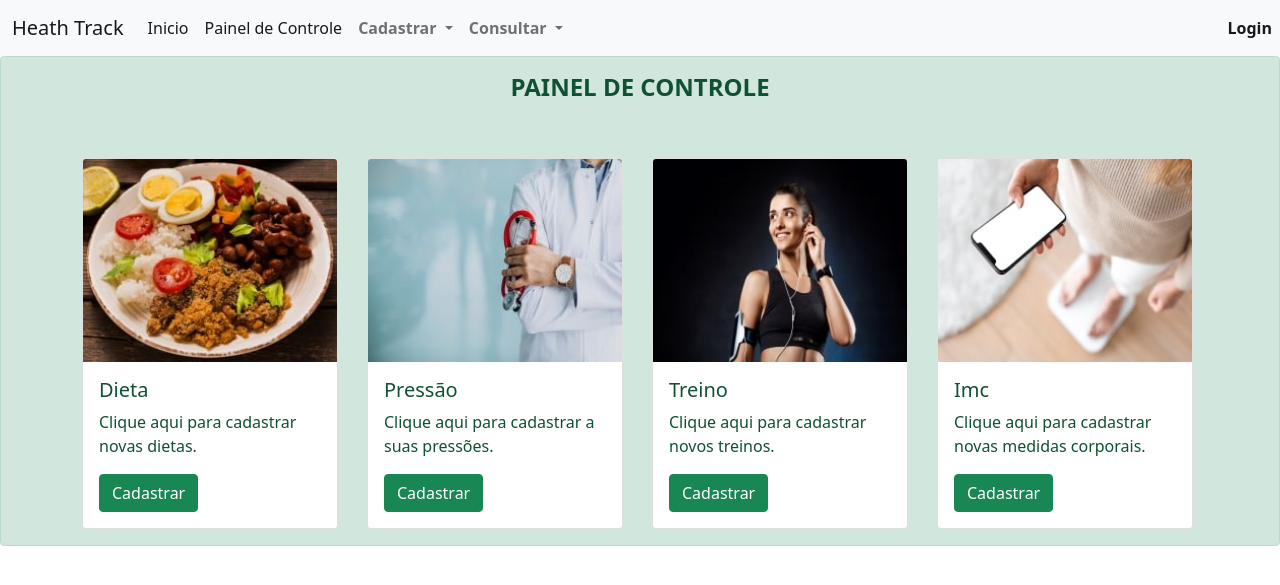
Repository: FellipySantos/HealthTrack_Finalizado
Page: http://localhost/JSPs/painel.jsp
The author's editor kept a copy of each file at every save. The page is drawn from the files as they stood at one save, then again after the next save.
The browser window is 1280 px wide. The pictures show the whole page.
The page is served by Tomcat 9.

Above is the page before, as saved 2021-11-16 04:01:07.

After the next save:
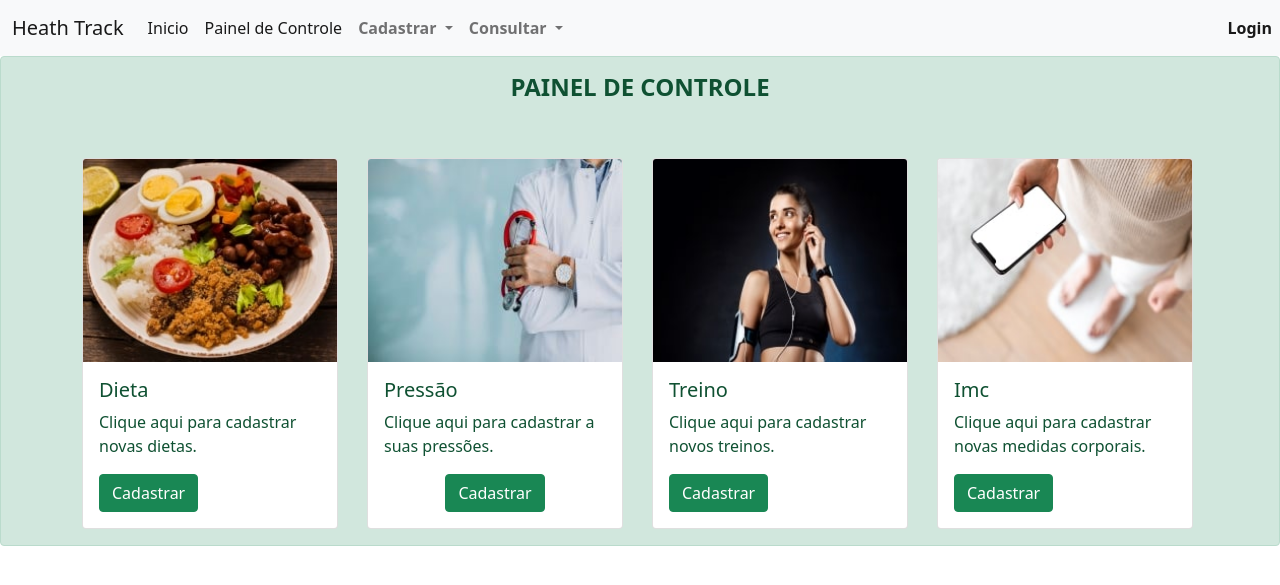
Saved 21 s later.
--- a/JSP/JSPs/WebContent/painel.jsp
+++ b/JSP/JSPs/WebContent/painel.jsp
@@ -33,7 +33,7 @@
               <div class="card-body">
                 <h5 class="card-title">Pressão</h5>
                 <p class="card-text">Clique aqui para cadastrar a suas pressões.</p>
-                <a href="cadastro-pressao.jsp" class="btn btn-success">Cadastrar</a>
+                <center><a href="cadastro-pressao.jsp" class="btn btn-success">Cadastrar</a></center>
               </div>
             </div>
 
